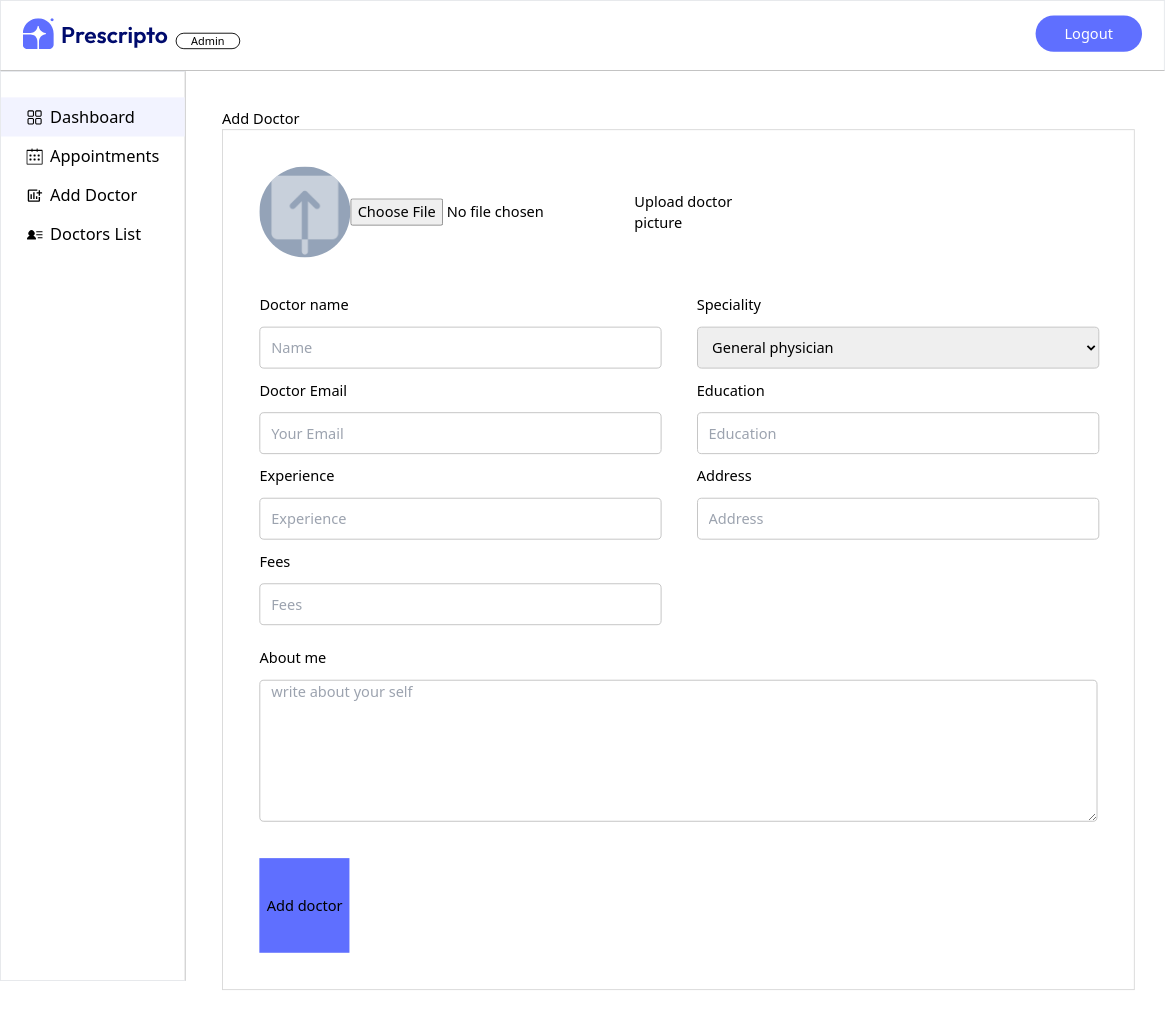
Repository: AzizHamdi99/Prescripto
Page: /addDoctor (app in AdminPanel/)
The author's editor kept a copy of each file at every save. The page is drawn from the files as they stood at one save, then again after the next save.
The browser window is 1280 px wide. The page is 1287 px wide, so the pictures cover 1287 px, including what lies to the right of the window. The pictures show the whole page, at 91% of full size.
The project was rebuilt for these pictures with package versions that can differ from the ones it lists, and the page was loaded fresh each time. Also part of the build but not shown: AdminPanel/vite.config.js.

Above is the page before, as saved 2025-01-02 15:34:21.

After the next save:
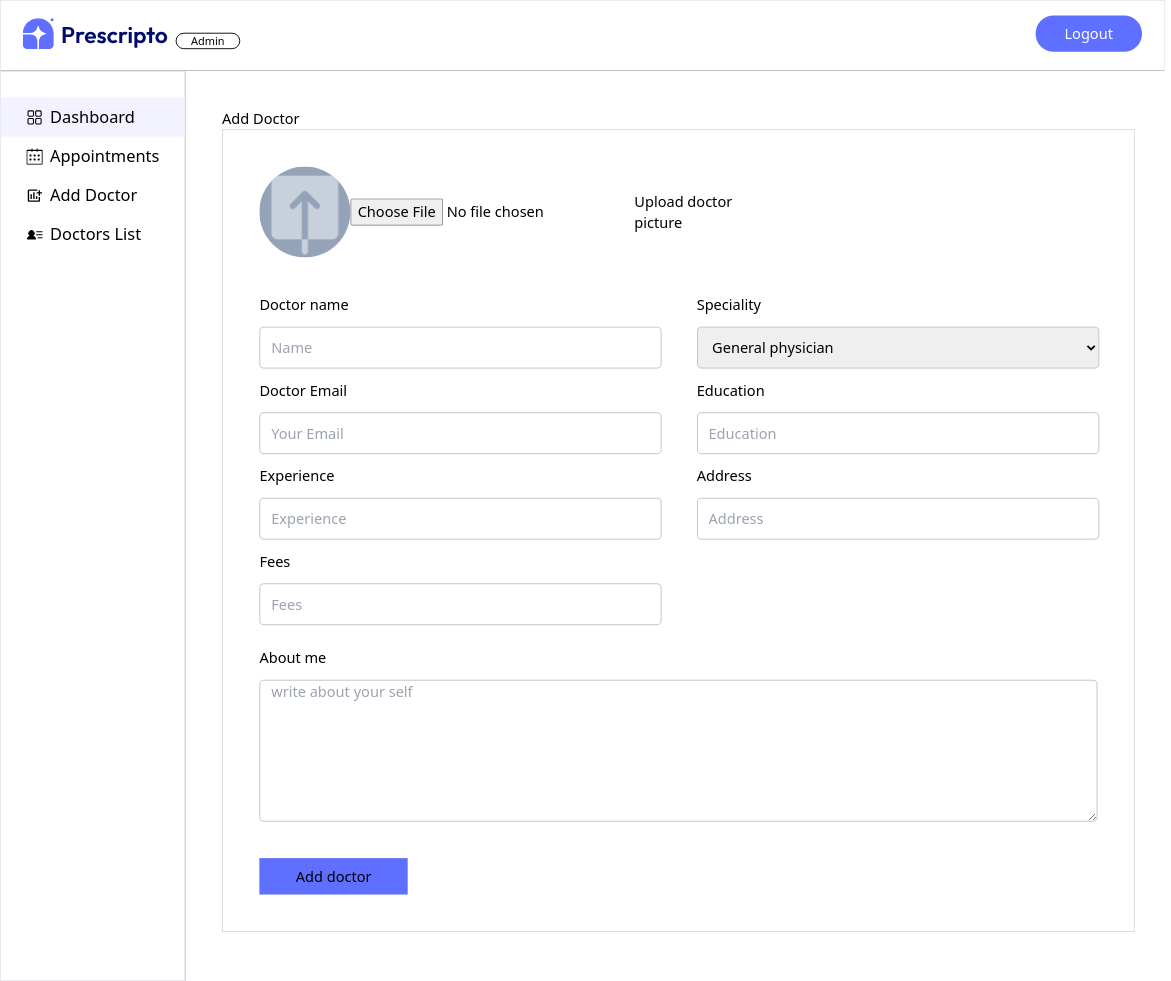
Saved 9 s later.
--- a/AdminPanel/src/componants/AddDoctor.jsx
+++ b/AdminPanel/src/componants/AddDoctor.jsx
@@ -60,7 +60,7 @@
                         <textarea className='w-[921px] h-[156px] rounded-[5px] border-[1.5px] border-[#C1C1C1] px-3' name="" id="" placeholder='write about your self'></textarea>
 
             </div>
-            <button className='mt-10 bg-[#5F6FFF] py-10 px-2'>Add doctor</button>
+            <button className='mt-10 bg-[#5F6FFF] px-10 py-2'>Add doctor</button>
 
 
 
